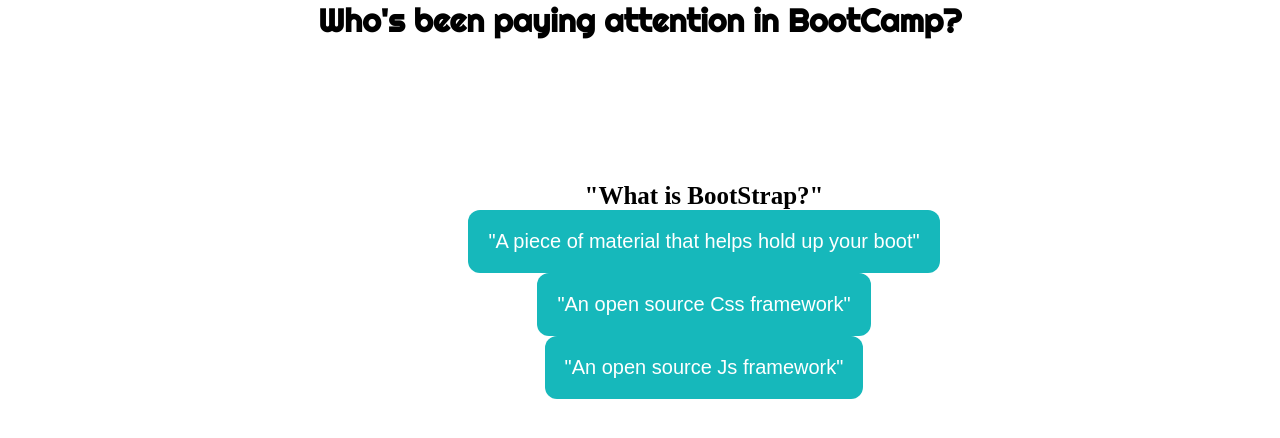
Repository: kkyler24/Quizlet
Page: Quiz.html
The author's editor kept a copy of each file at every save. The page is drawn from the files as they stood at one save, then again after the next save.
The browser window is 1280 px wide. The pictures show the whole page.
Some web libraries are served in a nearby version.

Above is the page before, as saved 2020-03-16 00:03:45.

### Quiz.html
<!DOCTYPE html>

<html lang="en">

<head>
    <meta charset="UTF-8">
    <meta name="viewport" content="width=device-width, initial-scale=1.0">

    <!-- font family -->
    <link href="https://fonts.googleapis.com/css2?family=Righteous&display=swap" rel="stylesheet">

    <!-- Popper -->
    <script src="https://cdnjs.cloudflare.com/ajax/libs/popper.js/1.12.9/umd/popper.min.js"
        integrity="sha384-ApNbgh9B+Y1QKtv3Rn7W3mgPxhU9K/ScQsAP7hUibX39j7fakFPskvXusvfa0b4Q"
        crossorigin="anonymous"></script>
    <!-- Myfiles -->
    <link rel="stylesheet" type="text/css" href="DevOpsFiles/Style.css">
    <title>Quiz it</title>
</head>

<header>Who's been paying attention in BootCamp?</header>

<!-- Quiz Design -->

<body>
    <div id="timespent" class="time"></div>
    <Div class="flex-container">
        <div id="questionBoxOne" class="row" style="display: block;">
            <div class="col-md-6 col-sm-3 questionDiv">
                "What is BootStrap?"
                <div class="col-8 col-sm-6 answerA">
                    <button type="button" class="button">"A piece of material that helps hold up your
                        boot"
                    </button>
                </div>
                <div class="col-8 col-sm-6 answerA correct">
                    <button type="button" class="button">"An open source Css
                        framework"</button>
                </div>
                <div class="col-8 col-sm-6 answerA">
                    <button type="button" class="button">"An open source Js framework"</button>
                </div>
            </div>
        </div>

        <div id="questionBoxTwo" class="row" style="display: none;">
            <div class="col-md-6 col-sm-3 questionDiv">
                "Javascript is to muscles as HTML is to...?"
            </div>
                <div class="col-8 col-sm-6 answerB correct">
                    <button type="button" class="button"> IceCream"</button>
                </div>
                <div class="col-8 col-sm-6 answerB">
                    <button type="button" class="button">"Skin"</button>
                </div>
                <div class="col-8 col-sm-6 answerB">
                    <button type="button" class="button">"Skeleton"</button>
                </div>
            </div>


        <div id="questionBoxThree" class="row" style="display: none;">
            <div class="col-md-6 col-sm-3 questionDiv">
                "What does HTML stand for?"
                <div class="row">

                    <div class="col-8 col-sm-6 answerC">
                        <button type="button" class="button">"Home Tools Mark-up language" </button>

                        <div class="col-8 col-sm-6 answerC">
                            <button type="button" class="button"> "Hyper-text Mark down language "</button>

                            <div class="col-8 col-sm-6 answerC">
                                <button type="button" class="button">"Hyper-text Mark up language
                                    "</button>
                            </div>
                        </div>
                    </div>
                </div>
            </div>
        </div>

        <div id="questionBoxFour" class="row" style="display: none;">
            <div class="col-md-6 col-sm-3 questionDiv">
                "What is BootStrap?"
                <div class="row">

                    <div class="col-8 col-sm-6 answerD">
                        <button type="button" class="button">"A piece of material that helps hold
                            up your boot" </button>

                        <div class="col-8 col-sm-6 answerD">
                            <button type="button" class="button">"An open source Css
                                framework"</button>

                            <div class="col-8 col-sm-6 answerD">
                                <button id="D" type="button" class="button">"An open source Js
                                    framework"</button>
                            </div>
                        </div>
                    </div>
                </div>
            </div>
        </div>
    </Div>

    <script src="https://code.jquery.com/jquery-3.4.1.js"></script>
    <script src="DevOpsFiles/Java.js"></script>
</body>

</html>

### DevOpsFiles/Style.css
body{
    margin: auto;
    text-align: center;
    background-image: image();
  }

.flex-container {
    display: flex;
    height: 500px;
    justify-content: center;
    align-items: center;
    flex-direction: column;
  }

header{
font-family: "Righteous", cursive;
font-size: xx-large;
font-weight: bolder;

  }

#secLeft {
  position: absolute;
  top: 0.1%;
  display: block;
}

#questionBoxOne {
  position: absolute;

}

#questionBoxTwo {
  position: absolute;

}

#questionBoxThree {
  position: absolute;

}

#questionBoxFour {
  position: absolute;

}
.questionDiv{
  font-size: 25px;
  font-weight: bold;

}

.button{
background-color: rgb(22, 184, 187);
padding: 20px;
border-radius: 12px;
border: none;
color: white;
font-family:Arial, Helvetica, sans-serif;
font-size: 20PX;
}

#timespent{
  float: left;
  border: none;
  height: 100px;
  text-align: center;
  font-size: 40px;
  font-weight: bold;
  margin-top: 15%;
  margin-left: 10%;
}

.startButton{
  text-align: center;
  margin-top: 25%;
}

### DevOpsFiles/Java.js
// var startTime;
var startTime;
function display() {
  // later record end time
  var endTime = new Date();

  // time difference in ms
  var timeDiff = endTime - startTime;

  // strip the miliseconds
  timeDiff /= 1000;

  // get seconds
  var seconds = Math.round(timeDiff % 60);

  // remove seconds from the date
  timeDiff = Math.floor(timeDiff / 60);

  // get minutes
  var minutes = Math.round(timeDiff % 60);

  // remove minutes from the date
  timeDiff = Math.floor(timeDiff / 60);

  // get hours
  var hours = Math.round(timeDiff % 24);

  // remove hours from the date
  timeDiff = Math.floor(timeDiff / 24);

  // the rest of timeDiff is number of days
  var days = timeDiff;

  $(".time").text(minutes + ":" + seconds);
  setTimeout(display, 1000);
}

$(".answerA").click(function () {
  startTime = new Date();
  setTimeout(display, 1000);
});
//   function stopTimer() {
//     secondsElapsed = 0;
//     formatTime();
//   }
//   function startTimer() {
//     if (totalSeconds > 0) {
//       secondsElapsed = 0;
//       timer = setInterval(function () {
//         secondsElapsed++;
//         formatTime();
//       }, 1000);
//     }
//     formatTime();
//   }
// };

// ---Score Code---
var totalScore = [];

function getSum(total, num) {
  return total + Math(num);
}
function myFunction(item) {
  document.getElementById("stats").innerHTML = totalScore.reduce(getSum, 0);
}



// Questions Object
var Quests = [
  {
    Q1: {
      Question: "What is BootStrap?",
      answers: ["A piece of material that helps hold up your boot", "An open source Css framework", "An open source JS framework"],
      answersCorrect: [1]

    },

    Q2: {
      Question: "HTML is to Skeleton as Javascript is to...?",
      answers: ["Muscles", "Skin", "Coffee"],
      answersCorrect: [0]
    },

    Q3: {
      Question: "What does HTML stand for?",
      answers: ["A piece of material that helps hold up your boot", "An open source Css framework", "An open source JS framework"],
      answersCorrect: [3]
    },

    Q4: {
      Question: "What is BootStrap?",
      answers: ["A piece of material that helps hold up your boot", "An open source Css framework", "An open source JS framework"],
      answersCorrect: [2]
    }
  }];


// -->Get faded code<--

var fadeOut = $(".answerA").on("click", function () {
  $("#questionBoxOne").fadeOut(2500, function () {
    $(this).remove();
  })
});

$(".answerA").on("click", function () {
  $("#questionBoxTwo").fadeIn(3600, function () {
  })
});

$('.answerB').on('click', function () {
  $("#questionBoxTwo").fadeOut(2500, function () {
    $(this).remove();
  })
});

$(".answerB").on("click", function () {
  $("#questionBoxThree").fadeIn(3600, function () {

  })
});

$('.answerC').on('click', function () {
  $("#questionBoxThree").fadeOut(2500, function () {
    $(this).remove();
  })
});

$(".answerC").on("click", function () {
  $("#questionBoxFour").fadeIn(3500, function () {
  })
});

$('.answerD').on('click', function () {
  $("#questionBoxFour").fadeOut(2500, function () {
    $(this).remove();
  })
});

$(".answerD").on("click", function () {
    $("#stats").slideDown(3500, function () {
    })
  });

//
// var aBBox = document.getElementsByClassName("col-8 col-sm-6 answerB");
// aBBox.


// done.addEventListener("event", function(){
// $(".answerb").on("event", function(){
//   $("#questionBoxTwo").fadeOut(2000,function(){
//     $(this).remove();
// })});



//
// $("#questionBoxTwo").fadeIn(1000,function())

// fade in after (this).remove has been completed
// var buttonCheck = document.getElementsByClassName("button");
// var totalScore = "";

// button listener



// Check the buttons for correct class
// // for ( var i = 0; i > flex-container.lenght; i++) {
// //   $("button").on("click", function(){
// //     if (buttonCheck.click === button.correct){
// //         totalScore = totalScore + 25;
// //     }
// //     else {secondsElapsed + 1500};
//   }
// )}

After the next save:
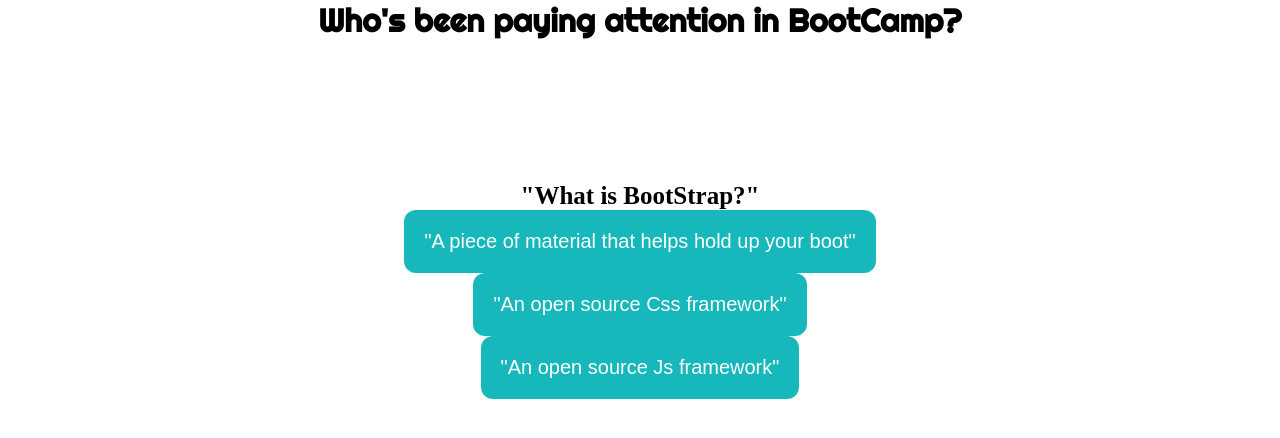
Saved 59 s later.
--- a/DevOpsFiles/Style.css
+++ b/DevOpsFiles/Style.css
@@ -61,14 +61,13 @@
 }
 
 #timespent{
-  float: left;
+  float: right ;
   border: none;
   height: 100px;
   text-align: center;
-  font-size: 40px;
+  display: none;
+  font-size: 30px;
   font-weight: bold;
-  margin-top: 15%;
-  margin-left: 10%;
 }
 
 .startButton{
